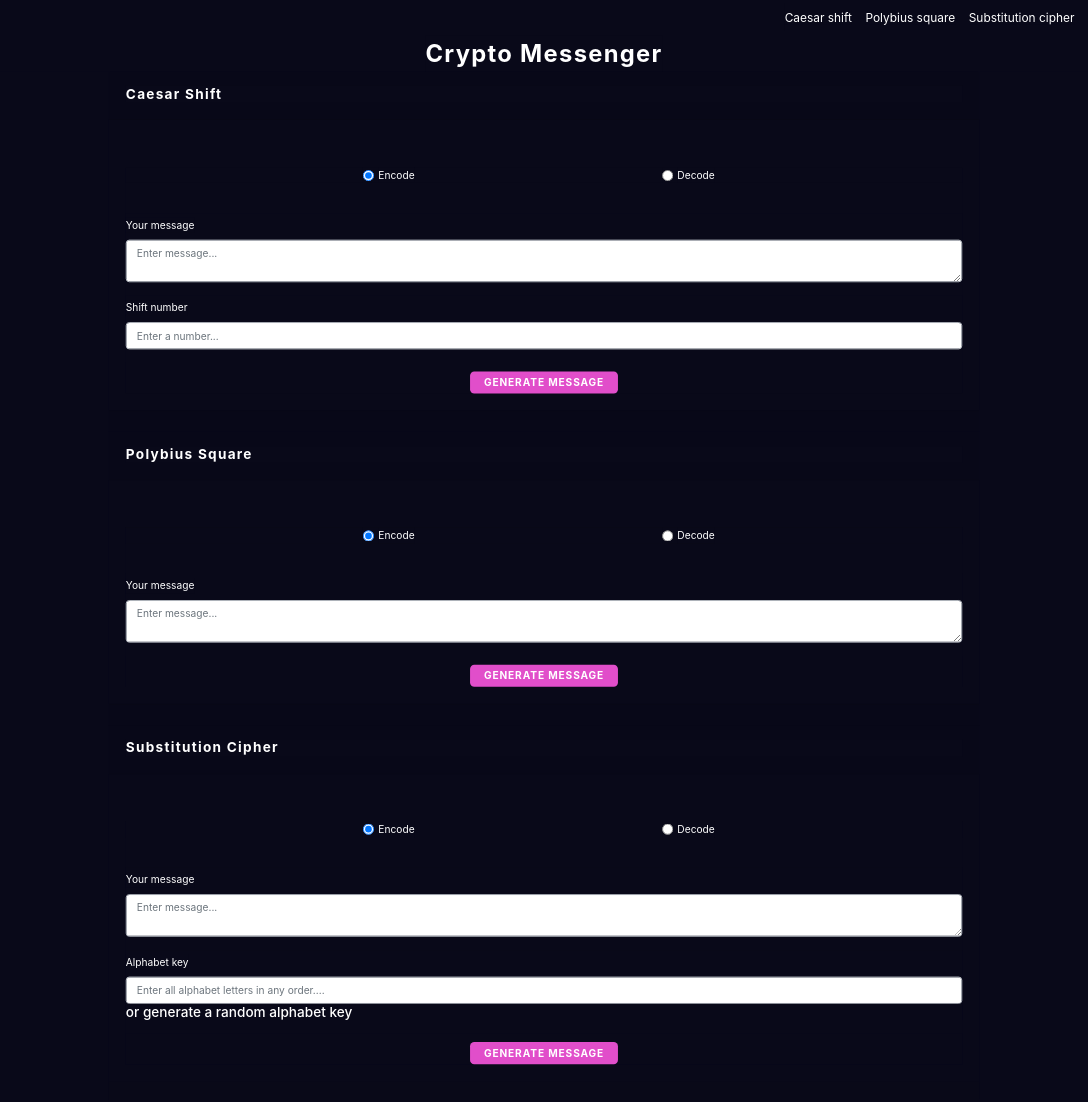
Repository: Rthompson2548/Project-Decoder-Ring
Page: index.html
An editor plug-in stored every save of this project. The page is shown before and after the next save, followed by the edit.
The browser window is 1280 px wide. The pictures show the whole page, at 85% of full size.

Above is the page before, as saved 2022-04-09 20:14:04.

After the next save:
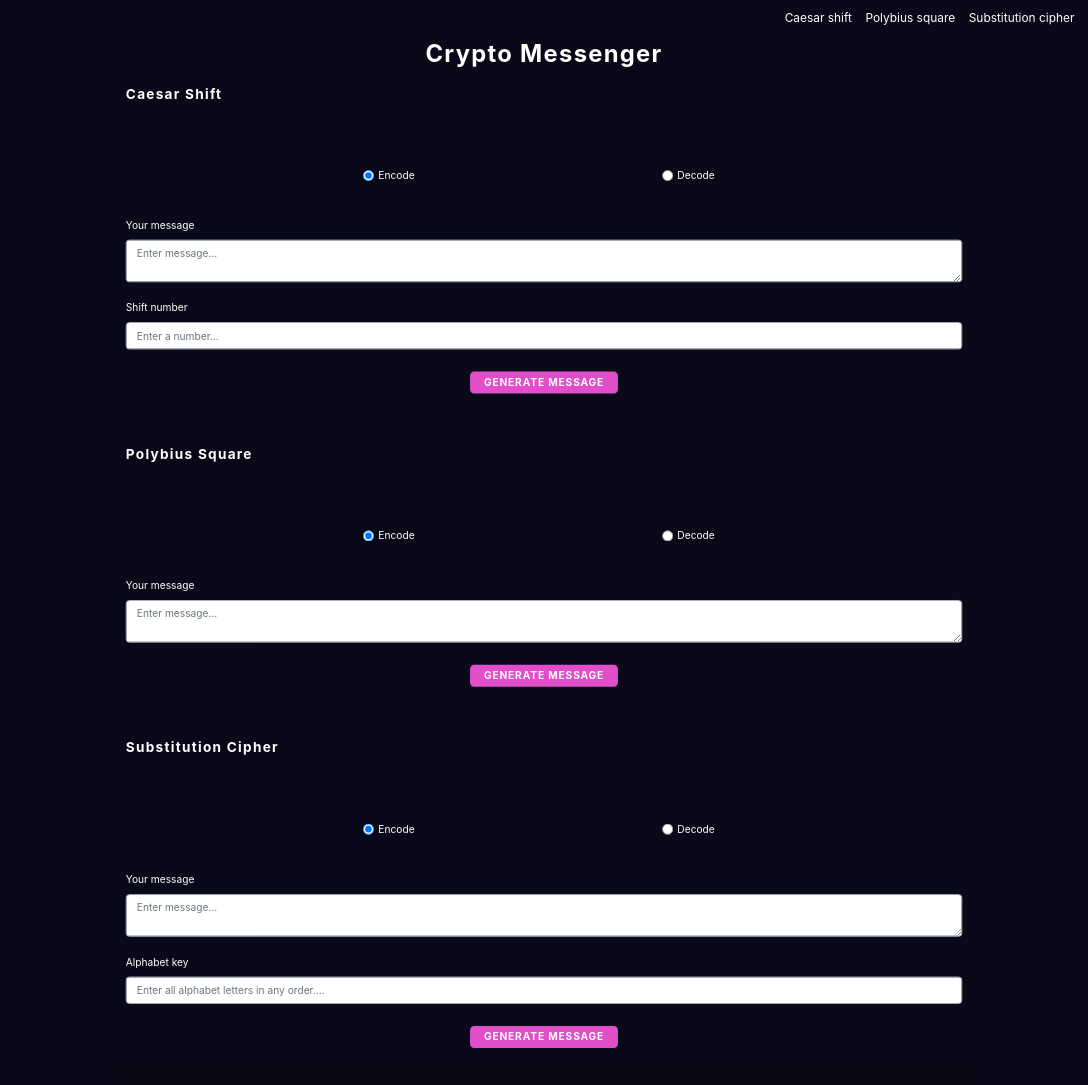
Saved 10 s later.
--- a/index.html
+++ b/index.html
@@ -157,7 +157,6 @@
                   <label for="substitution-alphabet">Alphabet key</label>
                   <input type="text" class="form-control" id="substitution-alphabet" maxlength="26"
                     placeholder="Enter all alphabet letters in any order...." />
-<h6>or generate a random alphabet key</h6>
                 </div>
               <div class="submit-button-container">
                 <button class="submit-button" type="submit">GENERATE MESSAGE</button>
